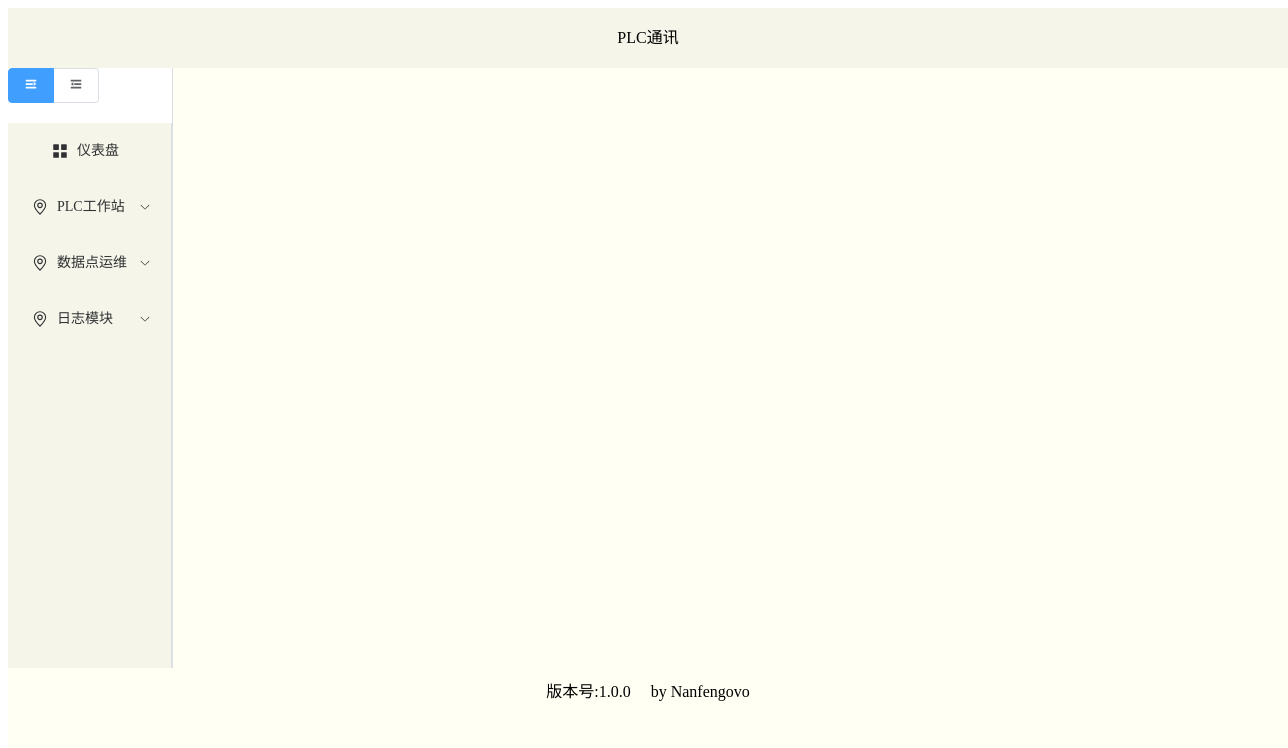
Repository: nanfengovo/HelperWorkStation
Page: /#/framework (app in HelperWorkStation/plchelper-ui/)
The author's editor kept a copy of each file at every save. The page is drawn from the files as they stood at one save, then again after the next save.
The browser window is 1280 px wide. The page is 1288 px wide, so the pictures cover 1288 px, including what lies to the right of the window. The pictures show the whole page.
The project was rebuilt for these pictures with package versions that can differ from the ones it lists, and the page was loaded fresh each time. Also part of the build but not shown: HelperWorkStation/plchelper-ui/vite.config.ts, HelperWorkStation/plchelper-ui/src/views/Login/index.vue, HelperWorkStation/plchelper-ui/src/views/FrameWork/layout/panel/index.vue.

Above is the page before, as saved 2024-12-25 14:39:43.

After the next save:
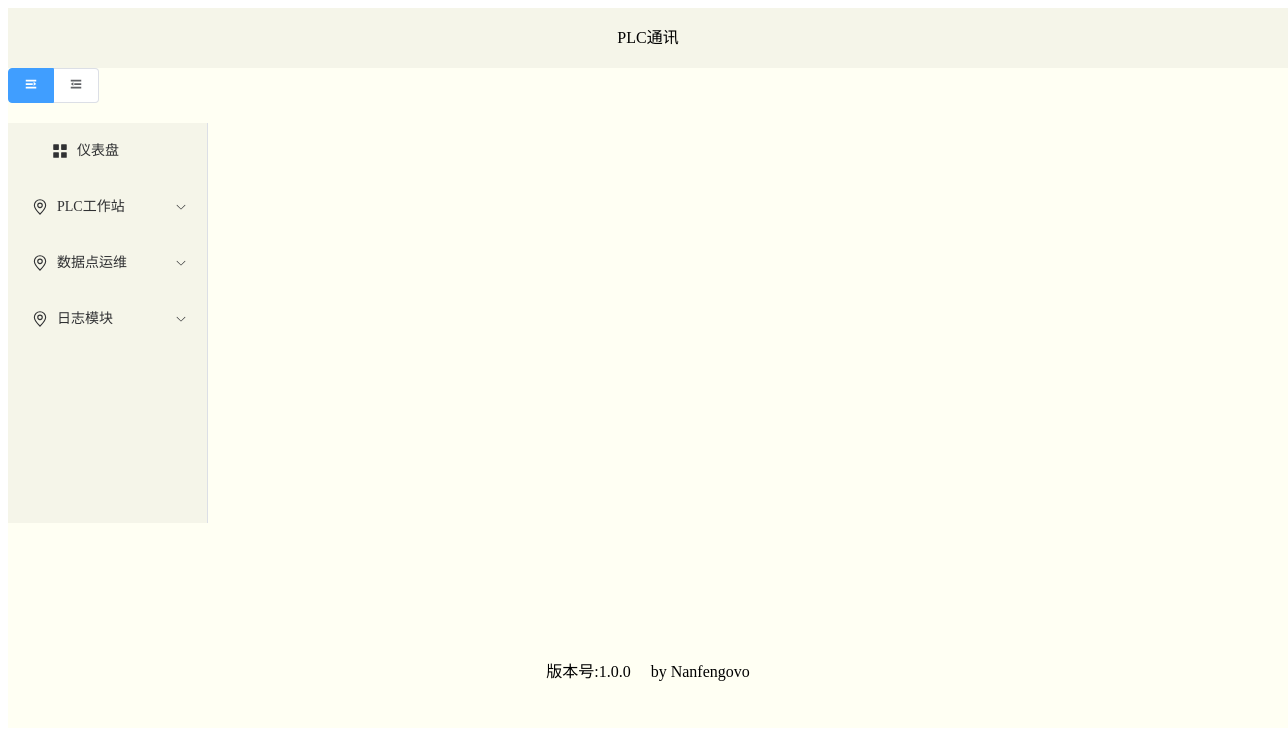
Saved 56 s later.
--- a/HelperWorkStation/plchelper-ui/src/views/FrameWork/index.vue
+++ b/HelperWorkStation/plchelper-ui/src/views/FrameWork/index.vue
@@ -7,7 +7,7 @@
                 </el-header>
             </div>
             <el-container>
-                <el-aside  class="el-menu">
+                <el-aside width="200px" height="100vh" >
                     <el-radio-group v-model="isCollapse" style="margin-bottom: 20px">
                         <el-radio-button :value="false"><el-icon><Expand /></el-icon></el-radio-button>
                         <el-radio-button :value="true"><el-icon><Fold /></el-icon></el-radio-button>
@@ -108,14 +108,10 @@ const handleClose = (key: string, keyPath: string[]) => {
 </script>
 
 <style>
-.el-menu{
-    height: 600px;
-    width: auto;
-}
-/* .el-menu-vertical-demo:not(.el-menu--collapse) {
+.el-menu-vertical-demo:not(.el-menu--collapse) {
     width: 200px;
     min-height: 400px;
-} */
+}
 .layout-header {
     background-color: #f5f5e9;
     color: black;
